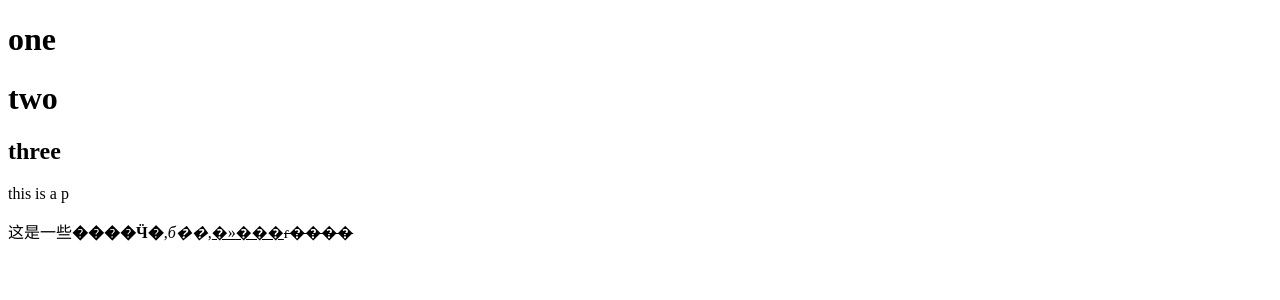
Repository: supercubes/Web
Page: first.html
An editor plug-in stored every save of this project. The page is shown before and after the next save, followed by the edit.
The browser window is 1280 px wide. The pictures show the whole page.

Above is the page before, as saved 2025-03-21 20:13:01.

### first.html
<!DOCTYPE html>
<html lang="en">
<head>
    <meta charset="UTF-8">
    <meta http-equiv="X-UA-Compatible" content="IE=Edge">
    <meta name="viewport" content="width=device-width,initial-scale=1.0">
    <title>document</title>
</head>
<body>
    <h1>one</h1>
    <h1>two</h1>
    <h2>three</h2>
    <p>this is a p </p>
    <p>
        这是一些<b>����Ӵ�</b>,<i>б��</i>,<u>�»���</u><s>ɾ����</s>
    </p>
</body>
</html>

After the next save:
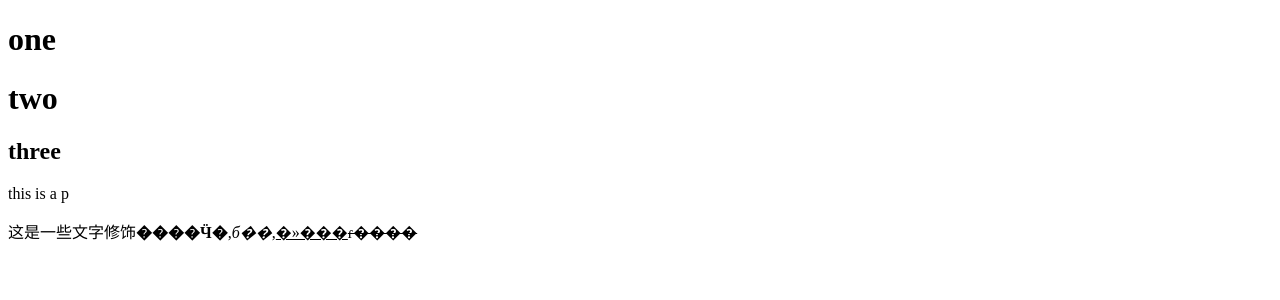
Saved 4 s later.
--- a/first.html
+++ b/first.html
@@ -12,7 +12,7 @@
     <h2>three</h2>
     <p>this is a p </p>
     <p>
-        这是一些<b>����Ӵ�</b>,<i>б��</i>,<u>�»���</u><s>ɾ����</s>
+        这是一些文字修饰<b>����Ӵ�</b>,<i>б��</i>,<u>�»���</u><s>ɾ����</s>
     </p>
 </body>
 </html>
